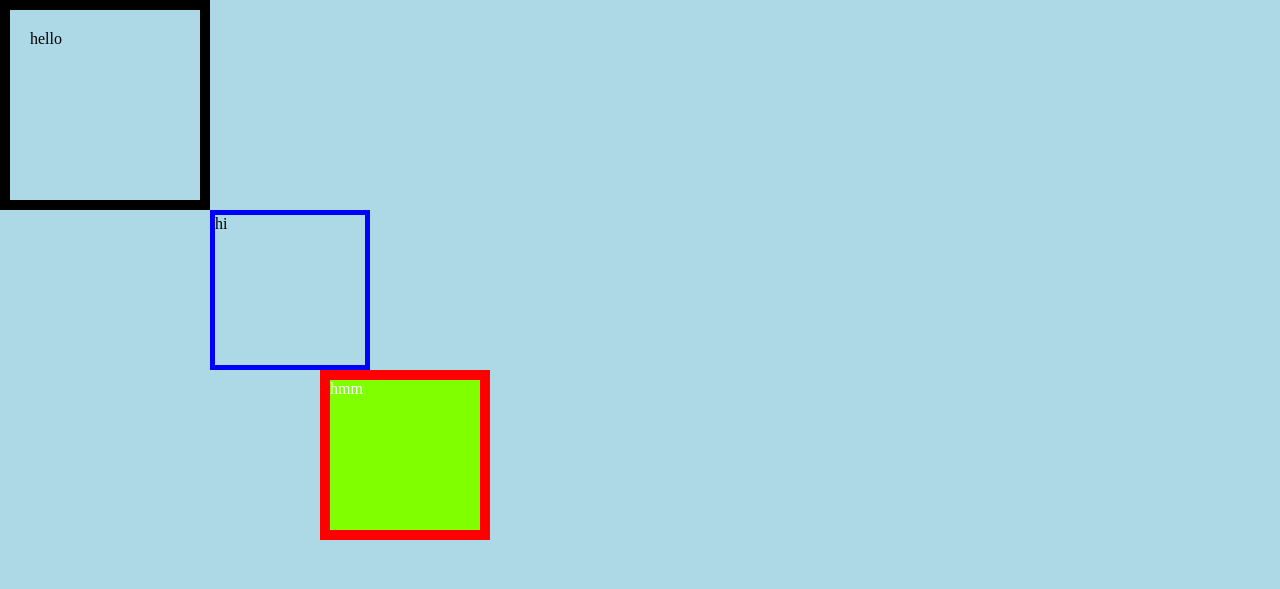
Repository: Sushant203/myPersonalSite
Page: index.html
The author's editor kept a copy of each file at every save. The page is drawn from the files as they stood at one save, then again after the next save.
The browser window is 1280 px wide. The pictures show the whole page.

Above is the page before, as saved 2022-12-04 18:19:18.

### index.html
<!DOCTYPE html>
<html lang="en">

<head>
    <meta charset="UTF-8">
    <meta http-equiv="X-UA-Compatible" content="IE=edge">
    <meta name="viewport" content="width=device-width, initial-scale=1.0">
    <title>Document</title>
    <link rel="stylesheet" href="\css\style.css">
    <link rel="favicon" href="favicon.ico">
</head>

<body>

<div class="box-1">
    hello
</div>
<div class="box-2">
    hi
</div>
<div class="box-3">
    hmm
</div>
</body>

</html>

### css/style.css
body{
    background-color: lightblue;
    margin: 0;
}

.box-1{
    border: 10px solid black;
    padding: 20px;
    height: 150px;
    width: 150px;
}

.box-2{
    border: 5px solid blue;
    height: 150px;
    width: 150px;
    margin-left: 210px;
}


.box-3{
    border: 10px solid red;
    background-color: chartreuse;
    color: white;
    height: 150px;
    width: 150px;
    margin-left: 25%;
}

After the next save:
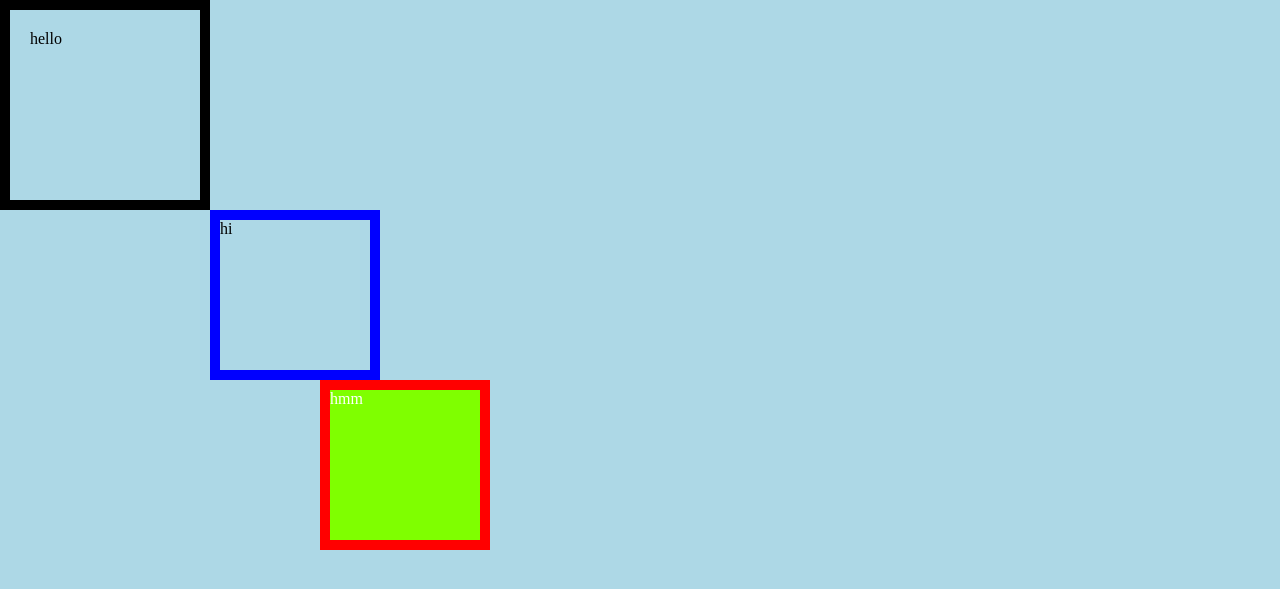
Saved 34 s later.
--- a/css/style.css
+++ b/css/style.css
@@ -11,7 +11,7 @@
 }
 
 .box-2{
-    border: 5px solid blue;
+    border: 10px solid blue;
     height: 150px;
     width: 150px;
     margin-left: 210px;
